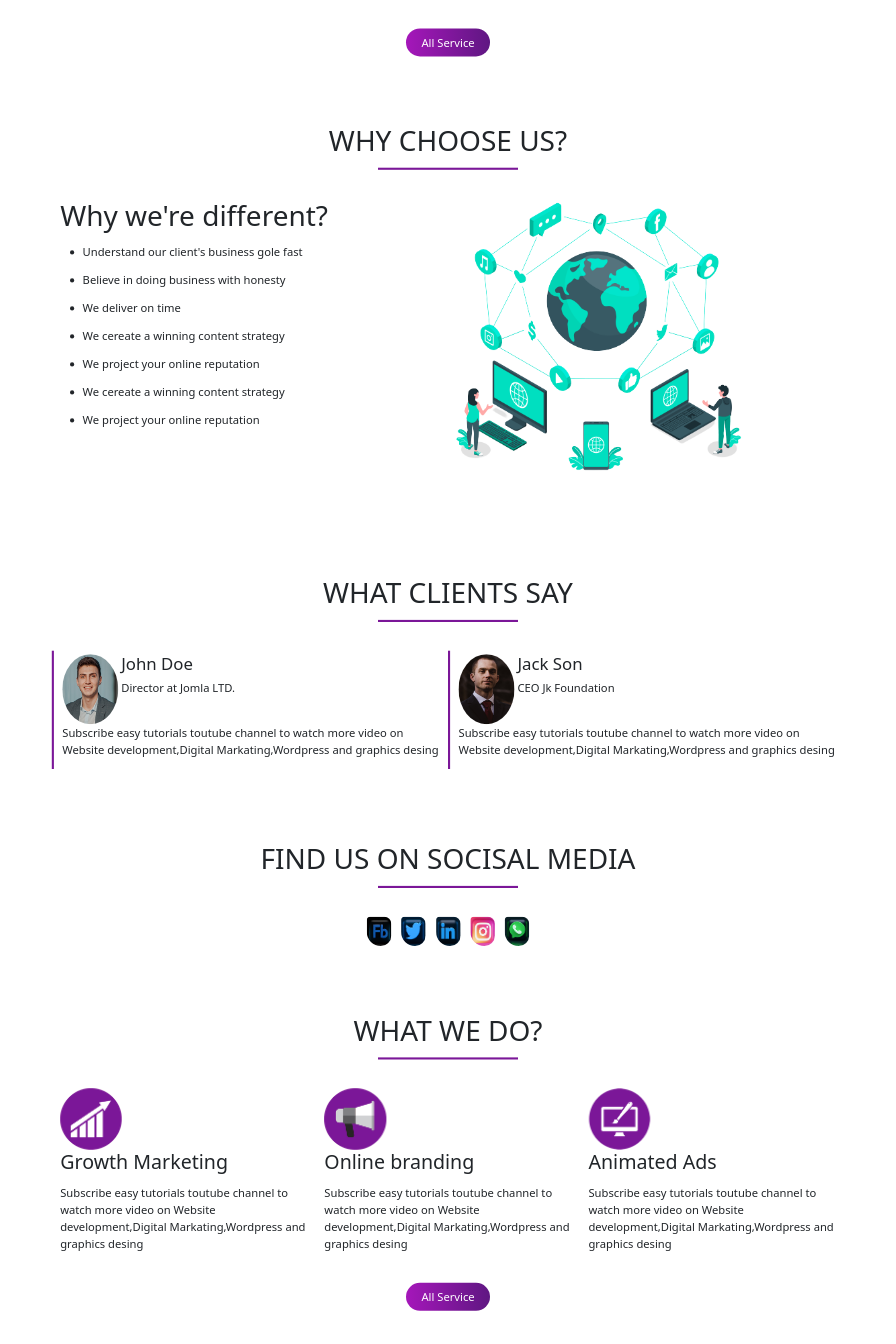
Repository: zjria/PSD-to-HTML-DIGITAL-AGENCY
Page: index.html
These files come from the project's save history. The page is drawn as it stood at one moment and after the next save; the edit follows.
The browser window is 1280 px wide. The pictures show the part of the page from y = 932 to 2852 px (the page is 2852 px tall before and 2793 px after), at 70% of full size.
Some web libraries are served in a nearby version.

Above is the page before, as saved 2022-05-11 22:46:47.

After the next save:
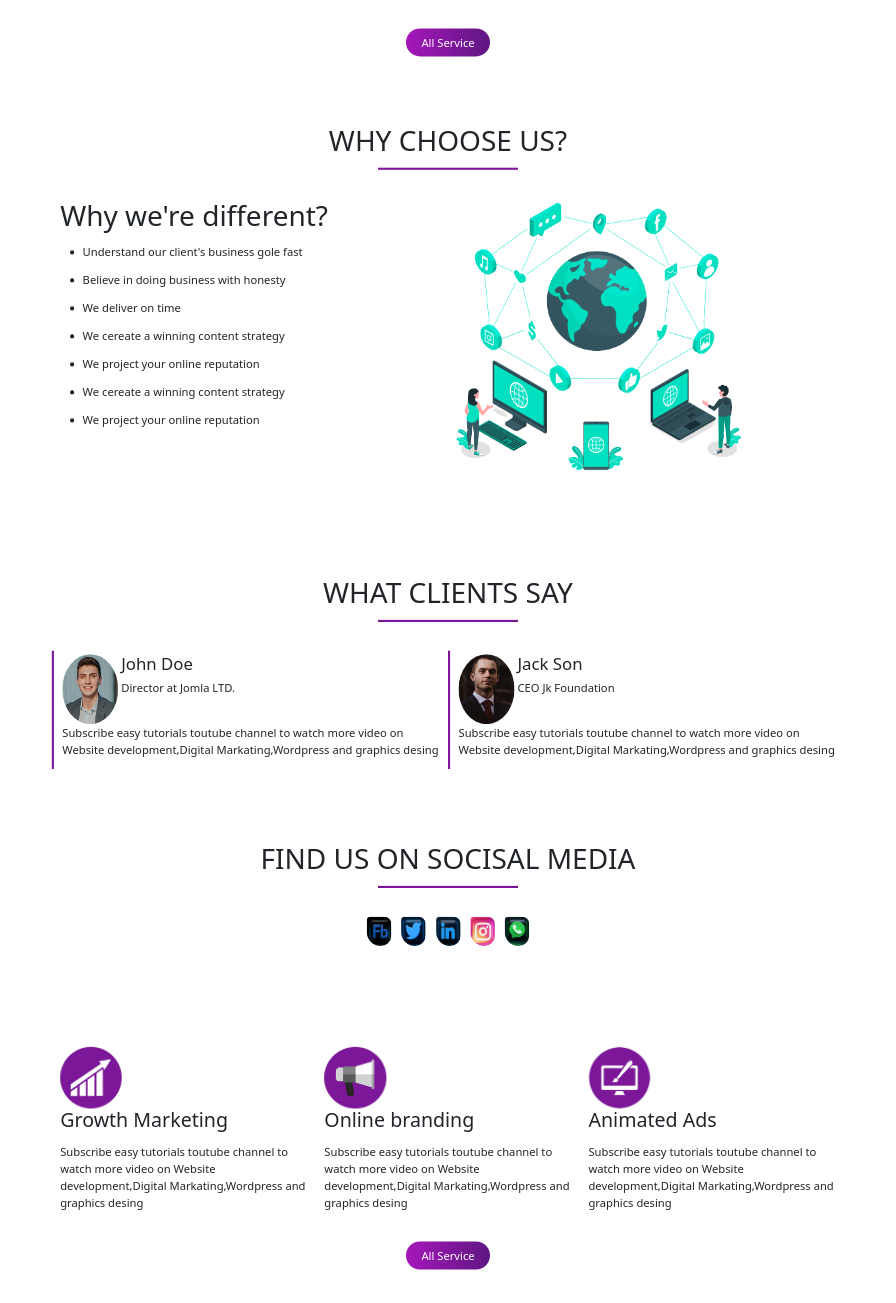
Saved 16 s later.
--- a/index.html
+++ b/index.html
@@ -178,9 +178,7 @@
     <!-- Footer Section Start -->
     <section class="Footer-section" id="Footer">
       <div class="container p-3 py-5">
-        <div class="row">
-          <h1 class="title">WHAT WE DO?</h1>
-        </div>
+
         <div class="row mt-5">
           <div class="col-12 col-md-4 mb-2">
             <img src="img/service1.png" alt="" class="img-fluid w-25">
